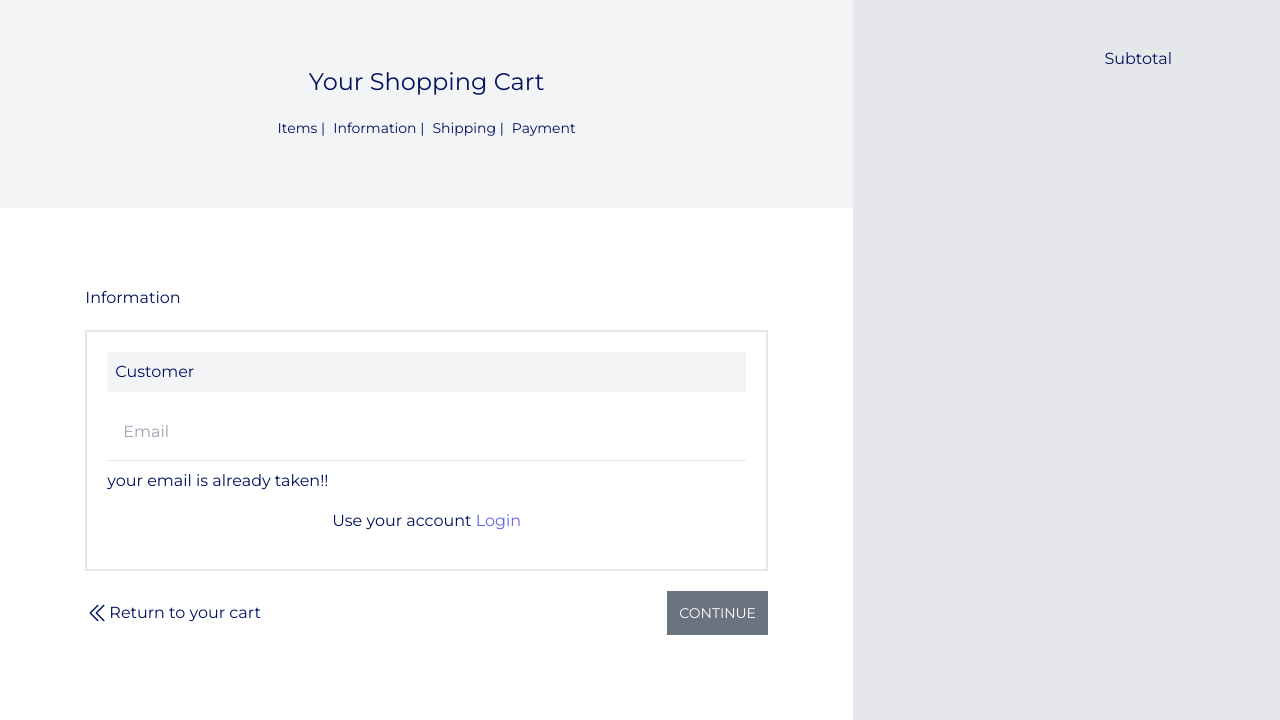
Repository: hsumyatm7308/ecommerce-small-shopping
Page: http://localhost/informationpage.php
These files come from the project's save history. The page is drawn as it stood at one moment and after the next save; the edit follows.
The browser window is 1280 px wide. The pictures show the whole page.
Some web libraries are served in a nearby version. The page is run by PHP 8.4 with error messages shown; the project is at /var/www/html/. Queries for data that is not in the repository find no rows.

Above is the page before, as saved 2023-08-27 19:22:40.

### shop/informationpage.php
<?php
ob_start();

require_once "database.php";
require_once "temporaryid.php";
$temp_customer_id = $_SESSION['id'];


try {

    $stmt = $conn->prepare("SELECT * FROM addtocart WHERE temporaryid = :temp");
    $stmt->bindParam(":temp", $temp_customer_id);
    $stmt->execute();
} catch (Exception $e) {
    echo "error found: " . $e->getMessage();
}



?>


<style>
    .guestinfo {
        /* display: none; */
    }

    .logininfo {
        display: none;
    }

    .registerinfo {
        display: none;
    }
</style>

<!DOCTYPE html>
<html>


<head>
    <meta charset="UTF-8">
    <meta name="viewport" content="width=device-width, initial-scale=1.0">
    <title>Information</title>
    <link rel="stylesheet" href="./css/style.css">
    <script src="https://cdn.tailwindcss.com"></script>
    <script src="https://code.jquery.com/jquery-3.6.0.min.js"
        integrity="sha256-/xUj+3OJU5yExlq6GSYGSHk7tPXikynS7ogEvDej/m4=" crossorigin="anonymous"></script>
    <script src="https://cdnjs.cloudflare.com/ajax/libs/popper.js/1.12.9/umd/popper.min.js"
        integrity="sha384-ApNbgh9B+Y1QKtv3Rn7W3mgPxhU9K/ScQsAP7hUibX39j7fakFPskvXusvfa0b4Q"
        crossorigin="anonymous"></script>
    <script src="https://maxcdn.bootstrapcdn.com/bootstrap/4.0.0/js/bootstrap.min.js"
        integrity="sha384-JZR6Spejh4U02d8jOt6vLEHfe/JQGiRRSQQxSfFWpi1MquVdAyjUar5+76PVCmYl"
        crossorigin="anonymous"></script>

</head>

<body>

    <section>
        <div class="grid grid-cols-6">

            <div class="col-span-4 w-full flex justify-start items-center flex-col">
                <!-- head  -->
                <?php require_once "shiphead.php"; ?>






                <section class="w-full flex justify-center ">
                    <div class="w-full min-h-[500px] flex justify-center items-center flex-col">


                        <form action="" method="post" class="w-[80%]">

                            <div class="w-full">
                                <div class="flex  mb-5 mt-5">
                                    <h1>Information</h1>

                                </div>

                                <div class="w-full border border-2 p-5 guestinfo">
                                    <div class="w-full bg-gray-100 mb-3">
                                        <h1 class="p-2">Customer</h1>
                                    </div>


                                    <div class="w-full border-b inputval mb-2">
                                        <input type="text" name="customeremail"
                                            class="w-full focus:outline-none p-4 val" placeholder="Email">
                                    </div>

                                    <span>your email is already taken!!</span>

                                    <div class="w-full">

                                        <button class="w-full focus:outline-none p-4">Use your account
                                            <a href="informationlogin.php" class="text-indigo-500"> Login</a>
                                        </button>
                                    </div>


                                </div>














                            </div>



                            <div class="w-full flex justify-between items-center mt-5">
                                <div class="flex justify-center items-center">
                                    <svg xmlns="http://www.w3.org/2000/svg" fill="none" viewBox="0 0 24 24"
                                        stroke-width="1.5" stroke="currentColor" class="w-6 h-6">
                                        <path stroke-linecap="round" stroke-linejoin="round"
                                            d="M18.75 19.5l-7.5-7.5 7.5-7.5m-6 15L5.25 12l7.5-7.5" />
                                    </svg>
                                    <a href="shopcartpage.php">Return to your cart</a>
                                </div>

                                <div class="">
                                    <form action="" method="post">
                                        <button type="submit" name="ctntoship"
                                            class="bg-gray-500 uppercase p-2 ctntoshipbtn">
                                            <h1 class="text-sm text-white p-1 rounded">Continue</h1>
                                        </button>
                                    </form>
                                </div>
                            </div>

                        </form>



                    </div>
                </section>



            </div>


            <?php require_once "orderinformation.php"; ?>







        </div>
    </section>


    <script>
        var infosubtotal = document.querySelector('.infosubtotal');
        infosubtotal.innerHTML = localStorage.getItem('subtotal');
    </script>





</body>

</html>



<?php

function textfilter($data)
{
    $data = htmlspecialchars($data);
    return $data;
}

if ($_SERVER['REQUEST_METHOD'] === "POST") {

    if (isset($_POST['ctntoship'])) {
        $email = filter_var($_POST['customeremail'], FILTER_SANITIZE_EMAIL);




        try {

            if ($email === '') {
                // echo "you need to fill";

                echo '
                <script>
                document.addEventListener("DOMContentLoaded", function() {
                    var ctntoshipbtn = document.querySelector(".ctntoshipbtn");
                    var val = document.querySelectorAll(".val");
                    var inputval = document.querySelectorAll(".inputval");

                        var hasValue = false;
                        for (var i = 0; i < val.length; i++) {
                            if (val[i].value.trim() === "") {
                                hasValue = true;
                                inputval[i].classList.add("border", "border-dashed", "border-red-500");
                            } else {
                                inputval[i].classList.remove("border", "border-dashed", "border-red-500");
                            }
                        }

                        if (hasValue) {
                            event.preventDefault();
                        }else{
                            window.location.href = "shippinginfo.php";
                        }
                });



                 </script>';

            } else {







                if ($temp_customer_id) {


                    $selectStmt = $conn->prepare('SELECT COUNT(*) FROM customerinfo WHERE temporary_id = :tempid');
                    $selectStmt->bindParam(":tempid", $temp_customer_id);
                    $selectStmt->execute();
                    $rowCount = $selectStmt->fetchColumn();

                    if ($rowCount > 0) {
                        // Temporary ID exists in the database
                        $updateStmt = $conn->prepare('UPDATE customerinfo SET email = :email WHERE temporary_id = :tempid');
                        $updateStmt->bindParam(":tempid", $temp_customer_id);
                        $updateStmt->bindParam(":email", $email);
                        $updateStmt->execute();


                        // echo "Updated $rowCount records with temporary ID:" . $temp_customer_id;

                    } else {
                        // Temporary ID does not exist in the database
                        $insertStmt = $conn->prepare('INSERT INTO customerinfo (email, temporary_id) VALUES (:email, :tempid)');
                        $insertStmt->bindParam(":email", $email);
                        $insertStmt->bindParam(":tempid", $temp_customer_id);
                        $insertStmt->execute();


                        // echo "Inserted a new record with temporary ID: $temp_customer_id";

                    }

                    header("Location: shippinginfo.php");
                    exit;

                }









            }


        } catch (Exception $e) {
            die('Error:' . $e->getMessage());


        }

    }
}

ob_end_flush();

?>




<!--
CREATE TABLE IF NOT EXISTS customerinfo(
    id INT AUTO_INCREMENT NOT NULL PRIMARY KEY,
    name VARCHAR(255) NOT NULL,
    email  VARCHAR(255) NOT NULL UNIQUE,
    password VARCHAR(255),
    address VARCHAR(255) NOT NULL,
    temporary_id VARCHAR(255) UNIQUE

)

CREATE TABLE IF NOT EXISTS orders (
    id INT AUTO_INCREMENT NOT NULL PRIMARY KEY,
    customer_id INT,
    order_date DATE DEFAULT CURRENT_DATE(),
    status ENUM('pending', 'processing', 'shipped') DEFAULT 'pending',
    total_price FLOAT,
    FOREIGN KEY (customer_id) REFERENCES customers(id) ON UPDATE CASCADE ON DELETE CASCADE
);


CREATE TABLE IF NOT EXISTS ordersitem (
    id INT AUTO_INCREMENT NOT NULL PRIMARY KEY,
    order_id INT,
    FOREIGN KEY(order_id)REFERENCES orders(id) ON UPDATE CASCADE ON DELETE CASCADE,
    perfume_id INT,
    FOREIGN KEY (perfume_id)REFERENCES perfume(id) ON UPDATE CASCADE ON DELETE CASCADE,
    quantity INT,
    price float
)


CREATE TABLE IF NOT EXISTS cart (
    id INT AUTO_INCREMENT NOT NULL PRIMARY KEY,
    customer_id INT,
    FOREIGN KEY(customer_id) REFERENCES customers(id) ON UPDATE CASCADE ON DELETE CASCADE,
    perfume_id INT,
    FOREIGN KEY (perfume_id) REFERENCES perfume(id) ON UPDATE CASCADE ON DELETE CASCADE,
    temporary_id INT,
    FOREIGN KEY (temporary_id) REFERENCES addtocart(temporaryid) ON UPDATE CASCADE ON DELETE CASCADE,
    quantity INT,
    price float
)

-->

### shop/database.php
<?php
$servername = "localhost";
$username = "root";
$password = "";
$dbname = "perumdej";

try {
    // Create a database connection
    $conn = new PDO("mysql:host=$servername;dbname=$dbname", $username, $password);
    $conn->setAttribute(PDO::ATTR_ERRMODE, PDO::ERRMODE_EXCEPTION);

    // if ($_SERVER["REQUEST_METHOD"] == "POST") {
    //     $imageData = file_get_contents($_FILES['image']['tmp_name']);

    //     $stmt = $conn->prepare("UPDATE perfume SET imgurl = :imgurl WHERE id = :id");




    //     $id = 1;



    //     $stmt->bindParam(':id', $id, PDO::PARAM_INT);
    //     $stmt->bindParam(':imgurl', $imageData);



    //     $stmt->execute();

    //     echo "Image inserted successfully.";
    // }
} catch (PDOException $e) {
    echo "Error: " . $e->getMessage();
}




?>

### shop/temporaryid.php
<?php
session_start();



if (!isset($_SESSION['id'])) {
    $temp_customer_id = uniqid();
    $_SESSION['id'] = $temp_customer_id;
}



?>

### shop/shiphead.php
<div class="w-full h-52 bg-gray-100 flex justify-center items-center flex-col">
    <a href="index.php?page=1">
        <h1 class="text-2xl"> Your Shopping Cart</h1>
    </a>

    <div class="mt-4">
        <ul class="text-sm flex justify-center items-center">
            <li class="p-1">Items |</li>
            <li class="p-1 ">Information |</li>
            <li class="p-1">Shipping |</li>
            <li class="p-1 ">Payment</li>
        </ul>
    </div>
</div>

### shop/orderinformation.php
<div class="col-span-2 w-full min-h-[100vh] bg-gray-200">

<div class="w-full border-b  mt-[6px]">

    <?php while ($row = $stmt->fetch()): ?>

        <div class="w-full min-h-[100px] takenitems px-5">
            <div class="grid grid-cols-3 border-b border-b-solid border-b-gray-300">
                <div class="col-span-2 flex justify-between items-center">
                    <div class="w-[100px] h-[100px]  flex justify-center items-center ml-4 relative">
                        <img src="./assets/img/perfume/men/men1.jpg" alt="" width="150px">
                        <span
                            class="w-5 h-5 absolute -right-3 top-3 text-sm bg-gray-400 flex justify-center items-center rounded-full">
                            <span class="text-white">
                                <?= $row['quantity'] ?>
                            </span>
                        </span>
                    </div>


                    <div class="flex justify-center items-center ml-5">
                        <p class="text-sm">
                            <?= $row['perfumename'] ?> by
                            <?= $row['brandname'] ?> EDT 3.3 OZ
                            <?= $row['mili'] ?> spray for
                            <?= $row['category'] ?>
                        </p>
                    </div>

                </div>
                <div class="flex justify-center items-center">
                    <p class="text-sm">$
                        <?= $row['totalprice'] ?>
                    </p>
                </div>
            </div>

        </div>


    <?php endwhile; ?>

</div>


<div class="w-full h-auto  px-5 mt-10">
    <div class="flex justify-end ">
        <div class="col-span-2 flex justify-between items-center">
            <h1 class="mr-10">Subtotal</h1>
        </div>
        <div class="flex justify-center items-center mr-12">
            <p class="font-semibold infosubtotal"> </p>
        </div>
    </div>

</div>

<div>

</div>



</div>


<!-- CREATE TABLE IF NOT EXISTS shippingaddress (
    id INT AUTO_INCREMENT PRIMARY KEY NOT NULL,
    firstname VARCHAR(255),
    lastname VARCHAR(255),
    phone VARCHAR(30),
    address VARCHAR(255),
    city VARCHAR(255),
    company VARCHAR(255),
    temporaryid VARCHAR(255),
    status ENUM('pending', 'shipping', 'shipped') DEFAULT 'pending'
);
 -->

### shop/css/style.css
@import url('https://fonts.googleapis.com/css2?family=Montserrat&display=swap');
body {

    font-family: 'Montserrat', sans-serif;
    /* font-family: capitolina, serif; */
    /* font-family: 'Courier New', Courier, monospace; */
    font-style: normal;
    font-weight: 300;
    color: #01125f;

    margin: 0;
    padding: 0;

    overflow-x: hidden;






}

@import url('https://fonts.googleapis.com/css2?family=Crimson+Text&family=Oswald:wght@300&display=swap');

nav{
    /* font-family: 'Crimson Text', serif;
    font-family: 'Oswald', sans-serif; */
    color: #01125f;


}


.imgctn{
    display: grid;
    grid-template-columns: 3;

}

After the next save:
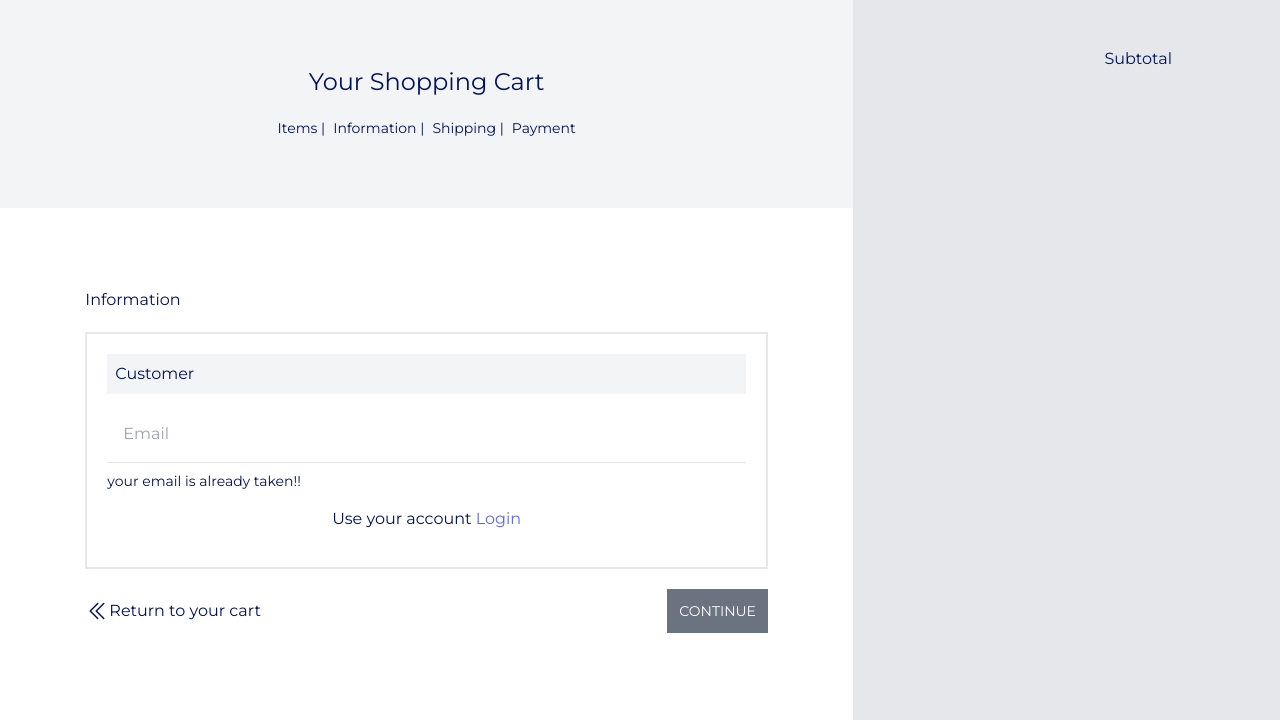
Saved 16 s later.
--- a/shop/informationpage.php
+++ b/shop/informationpage.php
@@ -92,7 +92,7 @@
                                             class="w-full focus:outline-none p-4 val" placeholder="Email">
                                     </div>
 
-                                    <span>your email is already taken!!</span>
+                                    <span class="text-sm">your email is already taken!!</span>
 
                                     <div class="w-full">
 
